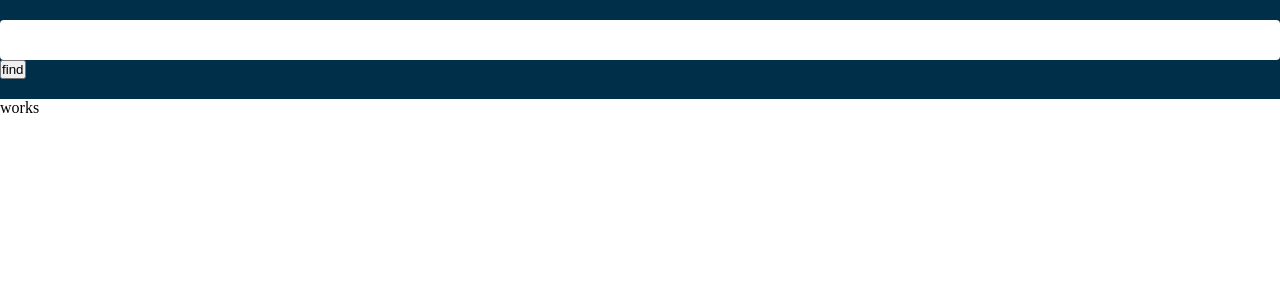
Repository: rutsguifd/uni
Page: / (app in filmhub-react/)
These files come from the project's save history. The page is drawn as it stood at one moment and after the next save; the edit follows.
The browser window is 1280 px wide. The pictures show the whole page.
The project was rebuilt for these pictures with package versions that can differ from the ones it lists, and the page was loaded fresh each time.

Above is the page before, as saved 2022-04-13 01:17:29.

After the next save:
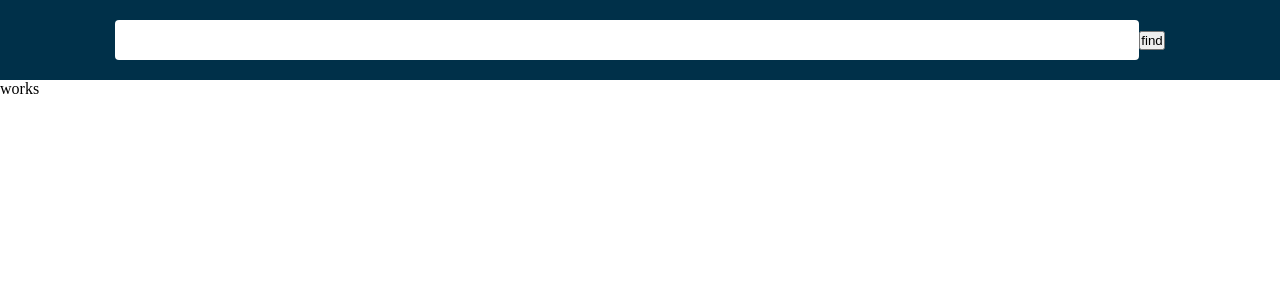
Saved 7 s later.
--- a/filmhub-react/src/components/UI/MyInput/MyInput.module.scss
+++ b/filmhub-react/src/components/UI/MyInput/MyInput.module.scss
@@ -1,6 +1,6 @@
 .input{
     height: 40px;
-    width: 100vw;
+    width: 80vw;
     border-radius: 4px;
     border: none;
     &:focus{
